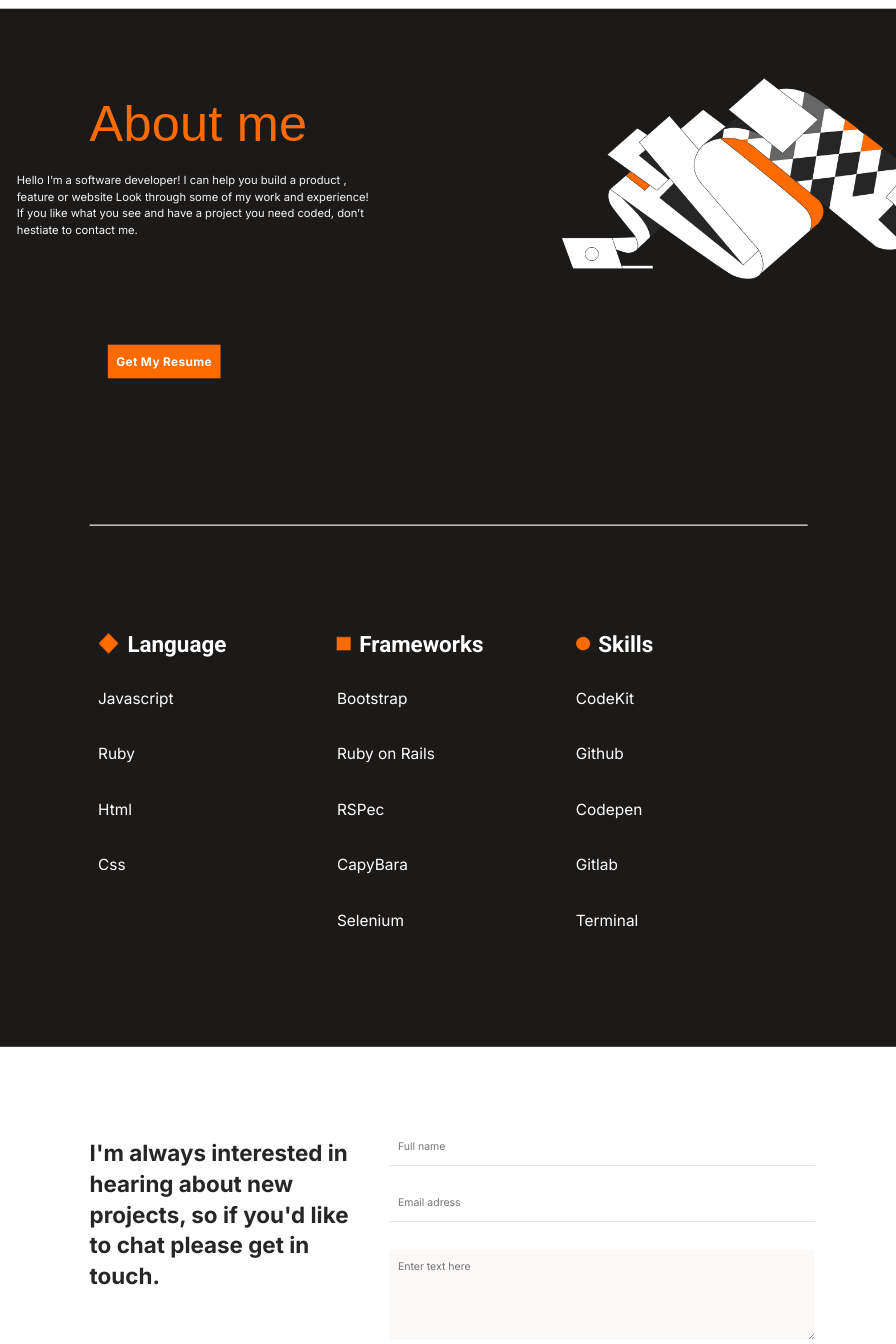
Repository: camilevahviraki/Portfolio
Page: index.html
An editor plug-in stored every save of this project. The page is shown before and after the next save, followed by the edit.
The browser window is 1280 px wide. The pictures show the part of the page from y = 2778 to 4698 px (the page is 4965 px tall before and 4849 px after), at 70% of full size.
A picture or video elsewhere on the page could not be fetched, so the positions and the page height are approximate. Some web fonts or font styles are not loaded; a fallback is used.

Above is the page before, as saved 2022-03-25 12:35:07.

After the next save:
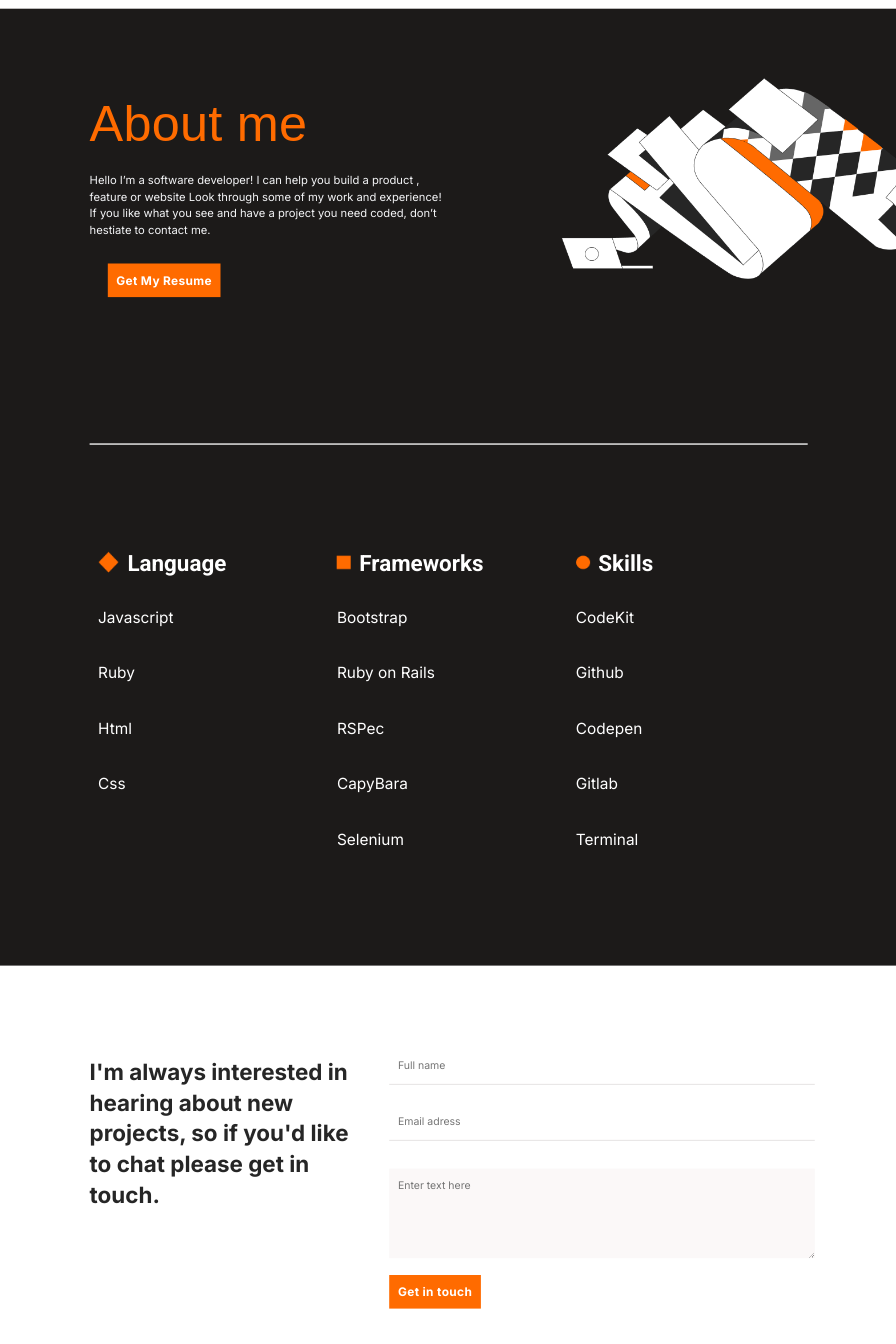
Saved 101 s later.
--- a/style_desktop.css
+++ b/style_desktop.css
@@ -438,7 +438,7 @@ h3 {
   font-size: 16px;
   line-height: 24px;
   color: #f4f5f7;
-  margin: 12px 24px calc(100vw * 0.1);
+  margin: 12px 24px 12px calc(100vw * 0.1);
 }
 
 .btn_about {
